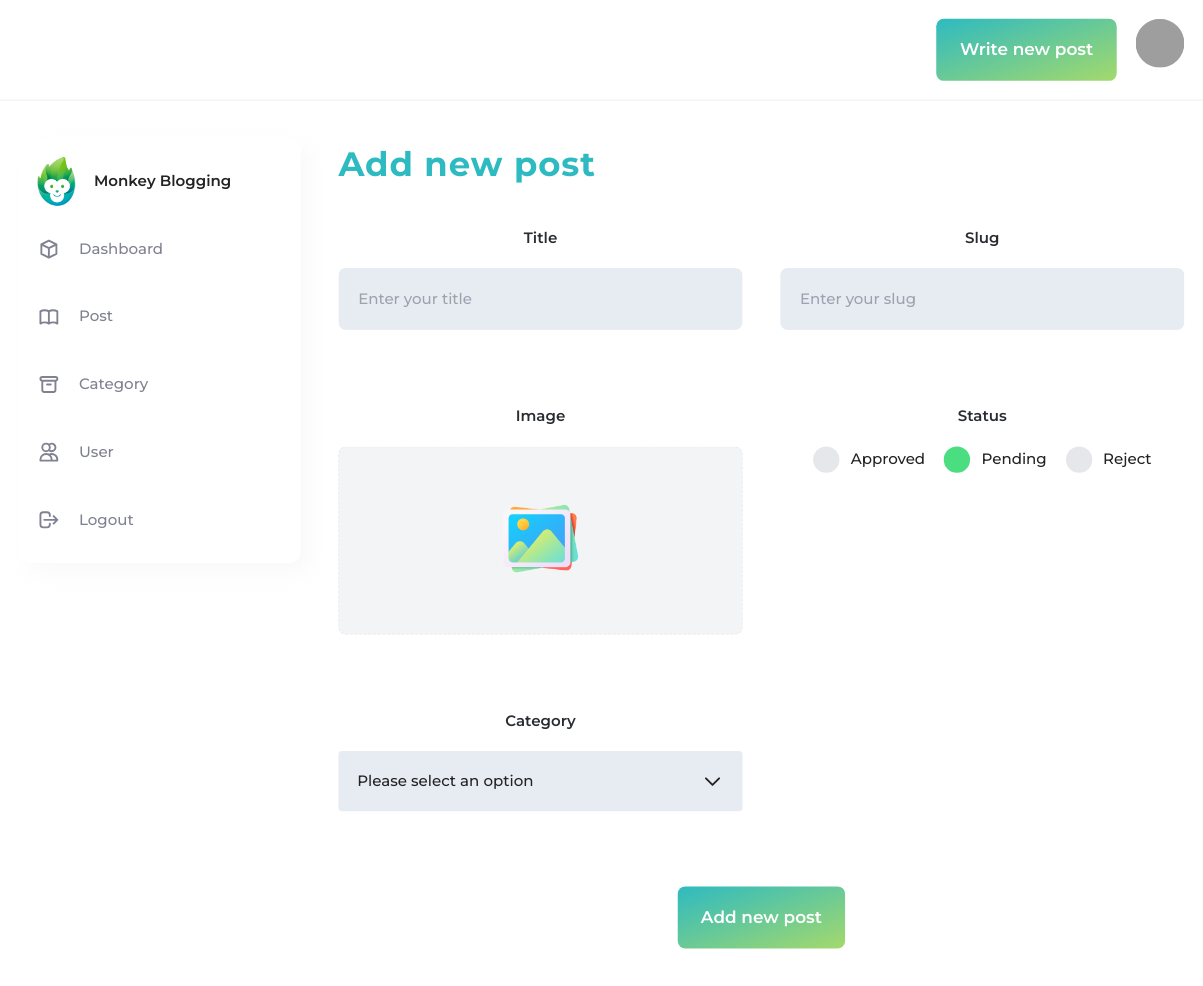
Repository: ThanhPhongsof/react-course-projects
Page: /manage/add-post (app in react-monkey-bloging/)
These files come from the project's save history. The page is drawn as it stood at one moment and after the next save; the edit follows.
The browser window is 1280 px wide. The pictures show the whole page, at 94% of full size.
Pictures or frames that could not be fetched are drawn as grey boxes. The project was rebuilt for these pictures with package versions that can differ from the ones it lists, and the page was loaded fresh each time. Also part of the build but not shown: react-monkey-bloging/src/page/AuthenticationPage.js, react-monkey-bloging/src/components/icon/IconEyeOpen.js, react-monkey-bloging/src/components/icon/IconEyeClose.js, react-monkey-bloging/src/components/icon/index.js, react-monkey-bloging/src/components/input/InputPasswordToggle.js, react-monkey-bloging/src/page/SignUpPage.js, react-monkey-bloging/src/page/SignInPage.js, react-monkey-bloging/src/components/layout/Header.js and 21 more. Imported but missing from the stored project, and not drawn on this page: react-monkey-bloging/src/components/loading/LoadingSpinner, react-monkey-bloging/src/module/post/PostMeta.

Above is the page before, as saved 2022-05-09 09:14:49.

After the next save:
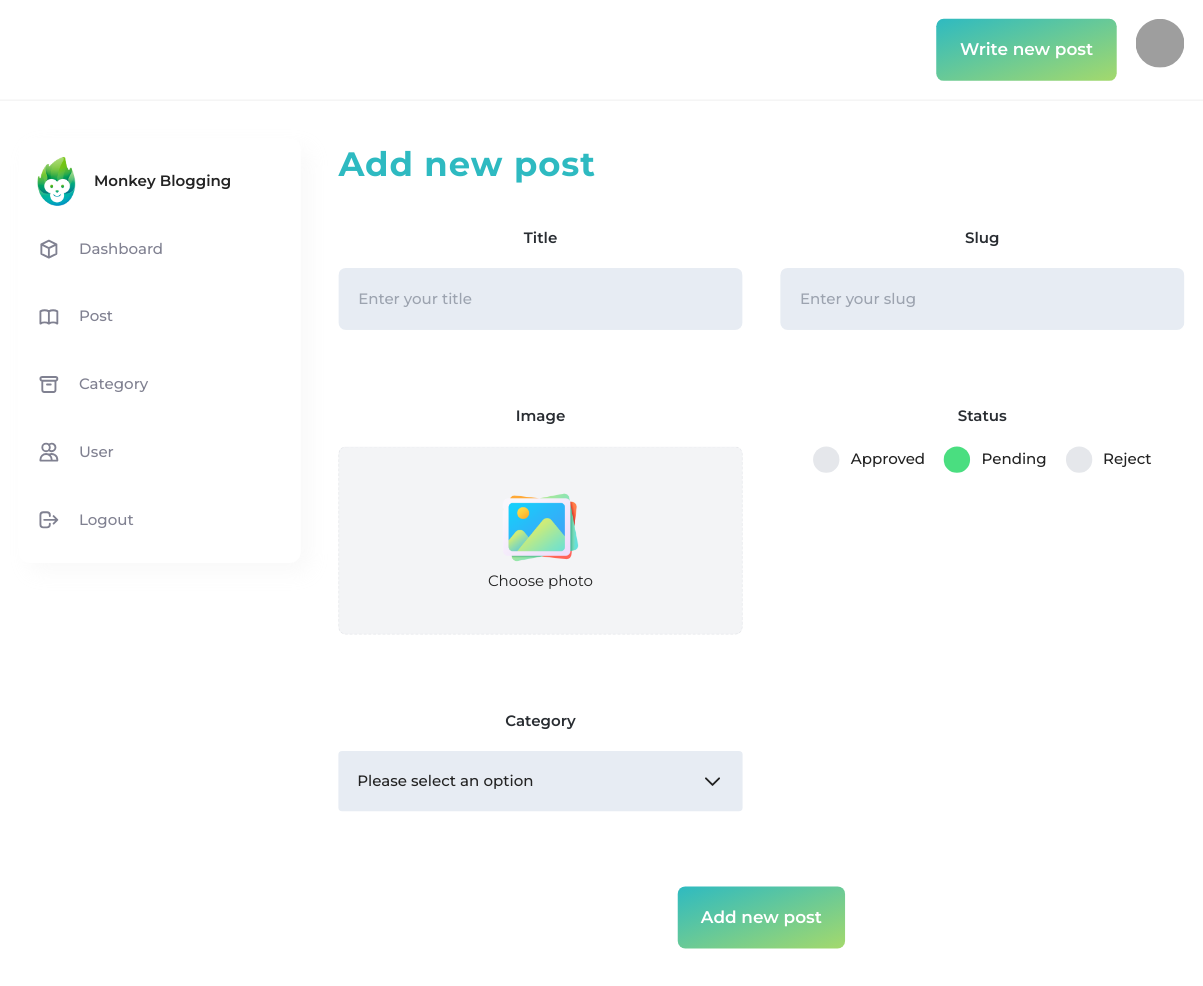
Saved 37 s later.
--- a/react-monkey-bloging/src/components/image/ImageUpload.js
+++ b/react-monkey-bloging/src/components/image/ImageUpload.js
@@ -55,7 +55,7 @@ const ImageUpload = ({ name, className, ...rest }) => {
       />
       <div className="image-display">
         <img src="/img-upload.png" alt="upload-img" />
-        <p className="image-choose"></p>
+        <p className="image-choose">Choose photo</p>
       </div>
       <div className="image-overlay"></div>
     </ImageUploadStyles>
